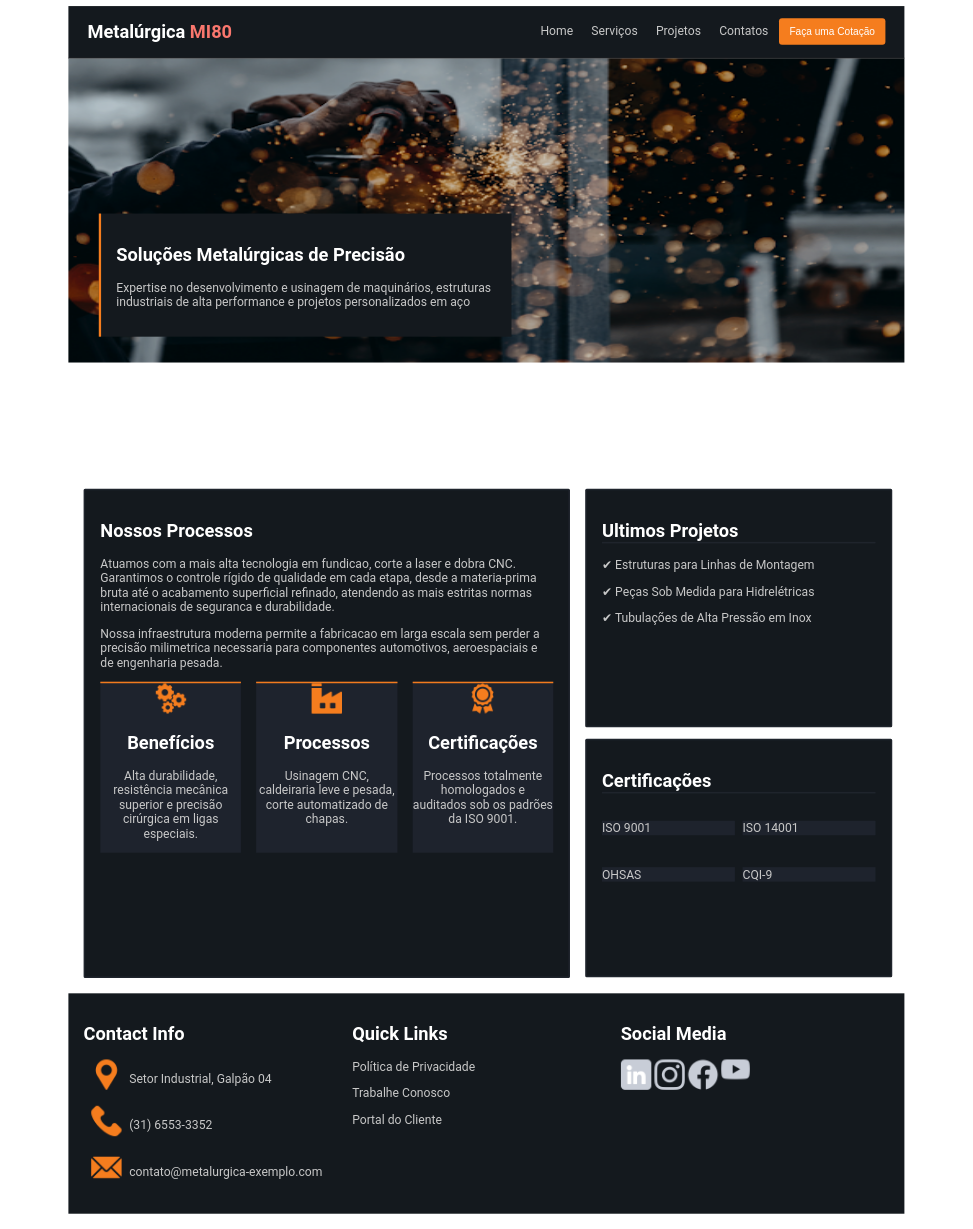
Repository: guiCherpinski/landing-page-metalurgica
Page: index.html
The author's editor kept a copy of each file at every save. The page is drawn from the files as they stood at one save, then again after the next save.
The browser window is 1280 px wide. The pictures show the whole page, at 76% of full size.

Above is the page before, as saved 2026-06-08 15:30:40.

### index.html
<!DOCTYPE html>
<html lang="pt-br">
<head>
    <meta charset="UTF-8">
    <meta name="viewport" content="width=device-width, initial-scale=1.0">
    <title>Metalúrgica</title>
    <link rel="stylesheet" href="style.css">
</head>
<body>
    <header>
        <nav>
            <h1>Metalúrgica <span>MI80</span></h1>

            <div class = "buttons">
                <a href="/">Home</a>
                <a href="/">Serviços</a>
                <a href="/">Projetos</a>
                <a href="/">Contatos</a>
                <button>Faça uma Cotação</button>
            </div>
        </nav>
    </header>

    <main>
        <section class = "hero-section">
            <img src="./img/homem-serrando.png" alt="Foto de um Soldador">
            <div class = "text-hero">
                <h2>Soluções Metalúrgicas de Precisão</h2>
                <p>Expertise no desenvolvimento e usinagem de maquinários, estruturas industriais de alta performance e projetos personalizados em aço</p>
            </div>
        </section>
    </main>

    <section class = "all-sections">
        <section class = "our-process">

            <h2>Nossos Processos</h2>

            <p>Atuamos com a mais alta tecnologia em fundicao, corte a laser e dobra CNC. Garantimos o
                controle rígido de qualidade em cada etapa, desde a materia-prima bruta até o acabamento
                superficial refinado, atendendo as mais estritas normas internacionais de seguranca e
                durabilidade.
            </p>

            <p>Nossa infraestrutura moderna permite a fabricacao em larga escala sem perder a precisão
                milimetrica necessaria para componentes automotivos, aeroespaciais e de engenharia
                pesada.
            </p>

            <section class = "articles">
                <article class = "article-benefits">
                    <img src="./img/settings-gears.png" alt="Icone de engrenagens">
                    <h2>Benefícios</h2>
                    <p>Alta durabilidade, resistência mecânica superior e precisão cirúrgica em ligas especiais.</p>
                </article>

                <article class = "article-process">
                    <img src="./img/industry.png" alt="Icone de industria">
                    <h2>Processos</h2>
                    <p>Usinagem CNC, caldeiraria leve e pesada, corte automatizado de chapas.</p>
                </article>

                <article class = "article-certificates">
                    <img src="./img/medal.png" alt="Icone de medalha">
                    <h2>Certificações</h2>
                    <p>Processos totalmente homologados e auditados sob os padrões da ISO 9001.</p>
                </article>
            </section>
        </section>

        <div class = "grid">
            <section class = "last-projects">
                <h2>Ultimos Projetos</h2>
                <p>✔ Estruturas para Linhas de Montagem </p>
                <p>✔ Peças Sob Medida para Hidrelétricas</p>
                <p>✔ Tubulações de Alta Pressão em Inox</p>
            </section>

            <section class = "certificates">
                <h2>Certificações</h2>
                <div class = "paragrafos">
                    <p>ISO 9001</p>
                    <p>ISO 14001</p>
                    <p>OHSAS</p>
                    <p>CQI-9</p>
                </div>
            </section>
        </div>
    </section>


    <footer class = "rodape">
        <section>
            <h2>Contact Info</h2>

            <article class = "text-rodape">
                <img src="./img/placeholder.png" alt="Icone pin">
                <p>Setor Industrial, Galpão 04</p>
            </article>

            <article class = "text-rodape">
                <img src="./img/phone-call.png" alt="Icone de telefone">
                <p>(31) 6553-3352</p>
            </article>

            <article class = "text-rodape   ">
                <img src="./img/email.png" alt="Icone email">
                <p>contato@metalurgica-exemplo.com</p>
            </article>
        </section>

        <section>
            <h2>Quick Links</h2>
            <p>Política de Privacidade</p>
            <p>Trabalhe Conosco</p>
            <p>Portal do Cliente</p>
        </section>

        <section>
            <h2>Social Media</h2>
            <img src="./img/linkedin.png" alt="Icone linkedin">
            <img src="./img/instagram.png" alt="Icone instagram">
            <img src="./img/facebook.png" alt="Icone facebook">
            <img src="./img/youtube.png" alt="Icone youtube">
        </section>
    </footer>


</body>
</html>

### style.css
body{
    font-family: 'Roboto' , sans-serif;
    justify-items: center;
    /*background: #0A0A14;*/
}

header{
    background: #14191E;
    width: 1100px;
    border-bottom: 1px solid #2D2929;
}

header h1{
    color: white;
}

header h1 span {
    color: #FA776E;
}

header nav {
    display: flex;
    align-items: center;
    justify-content: space-between;
    margin-left: 25px;
    margin-right: 25px;
}

header nav a {
    margin-left: 10px;
    margin-right: 10px;
    text-decoration: none;
    color: #C8C8C8;
}


header button {
    width:140px;
    height: 35px;
    background: #F57D1E;
    border: none;
    border-radius: 4px;
    color: white;
}

header button:hover{
    cursor: pointer;
    background:#CC5500;
}

.hero-section img{
    width: 1100px;
    height: 400px;
}

.text-hero{
    background: #14191E;
    border-left: 3px solid #F57D1E;
    width: 500px;
    padding: 20px;
    position: relative;
    bottom: 200px;
    left: 40px;
}

.text-hero h2{
    color: white;
}

.text-hero p{
    color: #c8c8c8;
}

.articles{
    display: grid;
    grid-template-columns: 1fr 1fr 1fr;
    gap: 20px;
}

.our-process{
    background: #14191E;
    height: 600px;
    border: 2px solid #1F242C;
    border-radius: 2px;
    padding: 20px;
}

.our-process h2{
    color: white;
}

.our-process p{
    color: #c8c8c8;
}

.our-process img{
    width: 40px;
    height: 40px;
}

.article-benefits{
    background: #1E232D;
    border-top: 2px solid #F27B1E;
    text-align: center;
}

.article-process{
    background: #1E232D;
    border-top: 2px solid #F27B1E;
    text-align: center;
}

.article-certificates{
    background: #1E232D;
    border-top: 2px solid #F27B1E;
    text-align: center;
}

.last-projects{
    background: #14191E;
    border: 2px solid #1F242C;
    border-radius: 2px;
    padding: 20px;
    height: 270px;
    width: 360px;
}

.last-projects h2{
    color: white;
    border-bottom: 2px solid #1F242C;
}

.last-projects p {
    color: #c8c8c8;
}

.certificates{
    background: #14191E;
    border: 2px solid #1F242C;
    border-radius: 2px;
    height: 270px;
    width: 360px;
    padding: 20px;
    margin-top: 15px;
}

.certificates h2{
    color: white;
    border-bottom: 2px solid #1F242C;
}

.certificates p{
    color: #c8c8c8;
}

.all-sections{
    display: grid;
    grid-template-columns: 640px 400px;
    gap: 20px;
}

.rodape{
    padding: 20px;
    width: 1060px;
    margin: 20px;
    display: grid;
    grid-template-columns: 1fr 1fr 1fr;
    background: #14191E;
}

.rodape h2{
    color: white;
}

.rodape p{
    color: #c8c8c8;
}

.rodape img {
    width: 40px;
    height: 40px;
}

.text-rodape{
    border-top: #1F242C;
    display: flex;
    margin: 10px;
    gap: 10px;
}

.grid{
    display: grid;
    grid-template-columns: 1fr;
}

.paragrafos{
    display: grid;
    grid-template-columns: 1fr 1fr;
    gap: 10px;
}

.paragrafos p {
    background: #1E232D;
    padding: ;
}

After the next save:
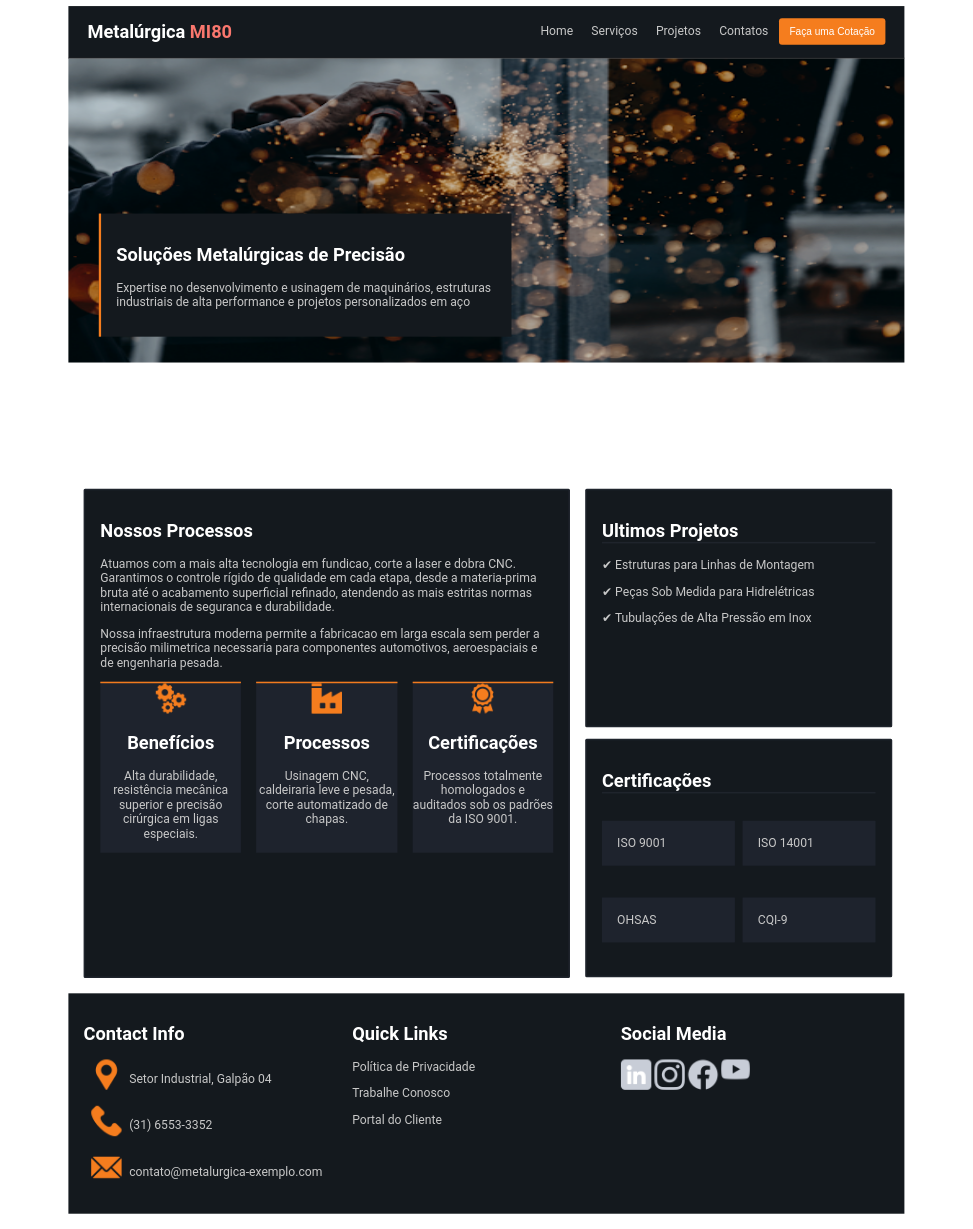
Saved 6 s later.
--- a/style.css
+++ b/style.css
@@ -201,5 +201,5 @@ header button:hover{
 
 .paragrafos p {
     background: #1E232D;
-    padding: ;
-}
+    padding: 20px;
+}
